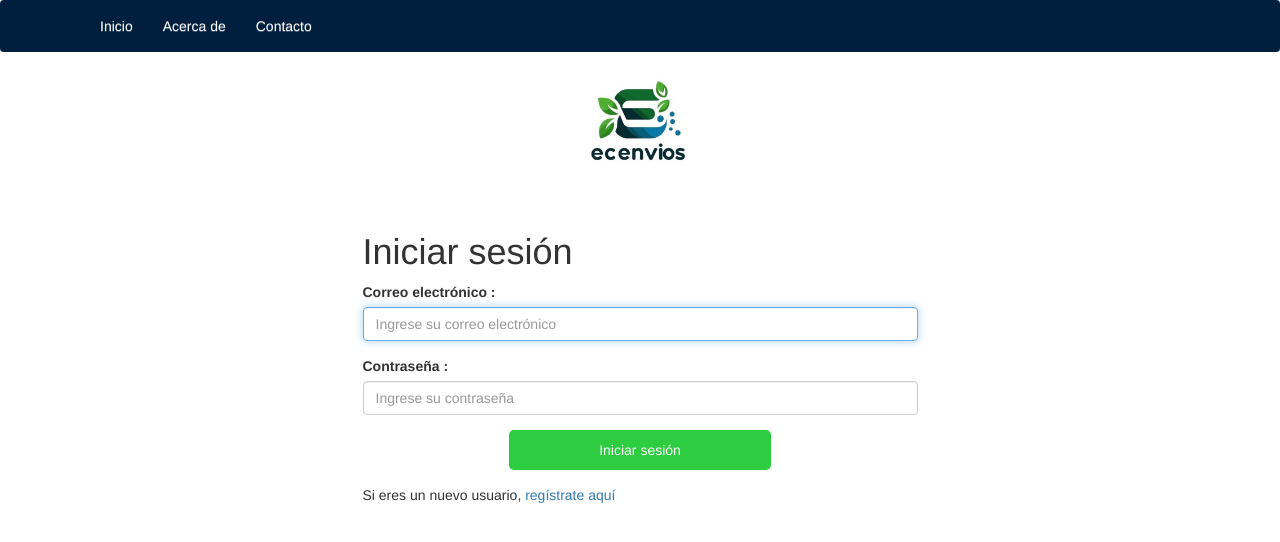
Repository: BolivarCaro/ecenviosweb
Page: http://localhost/login
An editor plug-in stored every save of this project. The page is shown before and after the next save, followed by the edit.
The browser window is 1280 px wide. The pictures show the whole page.
The page is this project's Thymeleaf template; nobody is signed in. The template is opened directly, without the code that normally fills it, so the values that code supplies are empty.

Above is the page before, as saved 2024-07-14 14:46:46.
Console error (its wording comes from the project's code and is left out).

After the next save:
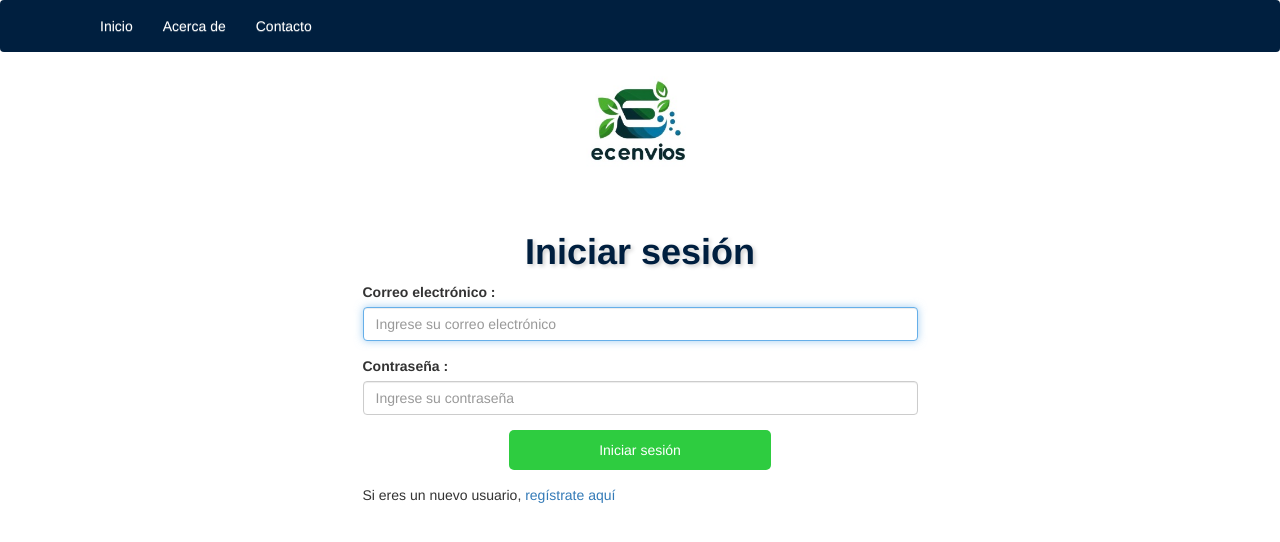
Saved 93 s later.
--- a/sprindbootecenvios/src/main/resources/templates/login.html
+++ b/sprindbootecenvios/src/main/resources/templates/login.html
@@ -55,7 +55,9 @@
     <div class="container">
         <div class="row">
             <div class="col-md-6 col-md-offset-3">
-                <h1>Iniciar sesión</h1>
+				<h1 style="text-align: center; font-size: 36px; color: #001F3F; font-weight: bold; margin-top: 20px; text-shadow: 2px 2px 4px rgba(0, 0, 0, 0.2);">
+				    Iniciar sesión
+				</h1>
                 <form th:action="@{/login}" method="post">
                     <div th:if="${param.error}">
                         <div class="alert alert-danger">Usuario o contraseña inválidos</div>
